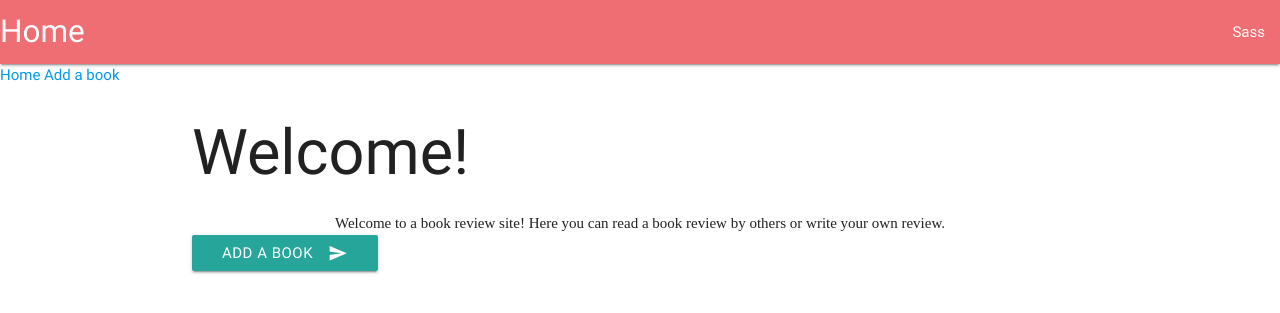
Repository: h8130084/bookReview
Page: http://localhost/
The author's editor kept a record of every edit. The page is drawn from the files as they stood at one moment, then again after the next edit.
The browser window is 1280 px wide. The pictures show the whole page.
Some web libraries are served in a nearby version. The page is served by the project's application, run on Flask 3 (app.py). Queries for data that is not in the repository find no rows.

Above is the page before.
Console error: ReferenceError: M is not defined

### templates/books.html
{% extends 'base.html' %} {% block content %}

<div class="wrapper">
    <h1> Welcome!</h1>
    <div class="sub-heading" "row"> Welcome to a book review site! Here you can read a book review by others or write your own review.</div>



    {% for book in books%}

    <div class="collection">
        <a href="{{url_for( 'book_info', book_id=book._id)}} " class="collection-item"> {{book.Title}}</a>
    </div>

    {% endfor %}



    <div class="row" "addBookButton">
        <form action="{{url_for('add_book')}}" class="col s12">
            <button class="btn waves-effect waves-light" type="submit" name="action">add a book
                <i class="material-icons right">send</i>
            </button>
        </form>
    </div>

</div>
</div>

{% endblock %}

### templates/base.html
<!DOCTYPE html>
<html lang="en">

<head>
    <meta charset="UTF-8">
    <meta name="viewport" content="width=device-width, initial-scale=1.0">
    <meta http-equiv="X-UA-Compatible" content="ie=edge">

<!-- taken from google fonts, materilaize and cdnjs -->
    <link href="https://fonts.googleapis.com/icon?family=Material+Icons" rel="stylesheet">
    <link href="https://fonts.googleapis.com/css?family=Raleway&display=swap" rel="stylesheet">
    <link rel="stylesheet" href="https://cdnjs.cloudflare.com/ajax/libs/materialize/0.100.2/css/materialize.min.css">
    <link rel="stylesheet" href="{{url_for('static', filename='style.css')}}" type="text/css" />

    <title>Document</title>
</head>

<body>
    <header>
         <nav>
    <div class="nav-wrapper">
      <a href="{{url_for('get_books')}}" class="brand-logo">Home</a>
      <ul id="nav-mobile" class="right hide-on-med-and-down">
        <li><a href="{{url_for('add_book')}}">Sass</a></li>
      </ul>
    </div>
  </nav>
		<div id="navbar" class="col s12">
			<a href="{{url_for('get_books')}}">Home</a>
			<a href="{{url_for('add_book')}}">Add a book</a>
		</div>
    </header>


    <div class="container">
        {% block content %} {% endblock %}

        <script src="https://cdnjs.cloudflare.com/ajax/libs/jquery/3.2.1/jquery.min.js"></script>
        <script src="https://cdnjs.cloudflare.com/ajax/libs/materialize/0.100.2/js/materialize.min.js"></script>
        <script type="text/javascript">
            $(document).ready(function() {
                $('.tabs').tabs();
                $('#Review').val('New Text');
                M.textareaAutoResize($('#Review'));

            });

        </script>
    </div>
</body>


</html>

### app.py
import os
from flask import Flask, render_template, redirect, request, url_for
from flask_pymongo import PyMongo
from bson.objectid import ObjectId
import env

app = Flask(__name__)

app.config["MONGO_DBNAME"] = 'book_review'
app.config["MONGO_URI"] = env.MONGO_URI


mongo = PyMongo(app)

@app.route('/')
@app.route('/ get_books')
def get_books():
     return render_template("books.html", books=mongo.db.book_details.find())

@app.route('/edit_book/<book_id>')
def edit_book(book_id):
    the_book = mongo.db.book_details.find_one({"_id": ObjectId(book_id)})
    all_categories = mongo.db.categories.find()
    return render_template('editbook.html', book=the_book, categories=all_categories)

@app.route('/update_book/<book_id>', methods=["POST"])
def update_book(book_id):
    books = mongo.db.book_details
    books.update( {'_id': ObjectId(book_id)},
    {
        'Title': request.form.get('Title'),
        'Author': request.form.get('Author'),
        'Genre': request.form.get('Genre'),
        'Year': request.form.get('Year'),
        'Image_URL': request.form.get('Image_URL'),
        'Amazon': request.form.get('Amazon'),
        'Review': request.form.get('Review')
    })
    return redirect(url_for('get_books'))

#book details page
@app.route('/book_info/<book_id>')
def book_info(book_id):
    the_book = mongo.db.book_details.find_one({"_id": ObjectId(book_id)})
    all_categories = mongo.db.categories.find()
    return render_template('bookdetails.html', book=the_book, categories=all_categories)

# displays add books page
@app.route('/add_book')
def add_book():
    return render_template('addbook.html')

#  takes the details from the form and adds the book to the database, then redirects to home page
@app.route('/insert_book', methods=['POST'])
def insert_book():

    new_book = {
        'Title': request.form.get('Title'),
        'Author': request.form.get('Author'),
        'Genre': request.form.get('Genre'),
        'Year': request.form.get('Year'),
        'Image_URL': request.form.get('Image_URL'),
        'Amazon': request.form.get('Amazon'),
        'Review': request.form.get('Review'),
        'upvotes': 0,
    }

    books = mongo.db.book_details
    books.insert_one(new_book)
    # ----- get books should be home page to display that the book just added is present
    return redirect(url_for('get_books'))

# delete the book
@app.route('/delete_book/<book_id>')
def delete_book(book_id):
    mongo.db.book_details.remove({'_id': ObjectId(book_id)})
    return redirect(url_for('get_books'))


if __name__ == '__main__':
    app.run(host=os.environ.get('IP'),
    port=int(os.environ.get('PORT')),
    debug=True)

### static/style.css
@import url('https://fonts.googleapis.com/css?family=Raleway&display=swap" rel="stylesheet: 100,200,300,400,500,600,700');

/*body{*/
/*    background-color: green;*/
/*}*/

/* Nav bar */

/* Style the navbar */

.sub-heading {
  font-family: Indie Flower, cursive;
  text-align: center;
}

After the next edit:
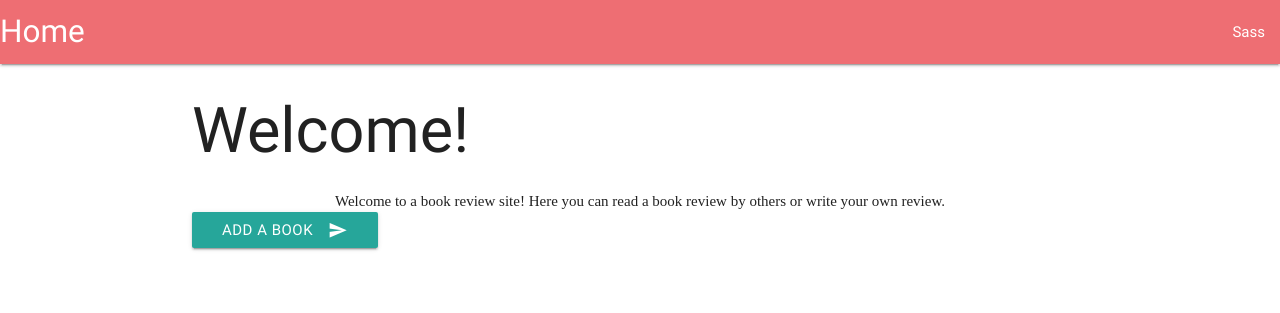
The edit:
--- a/templates/base.html
+++ b/templates/base.html
@@ -25,10 +25,7 @@
       </ul>
     </div>
   </nav>
-		<div id="navbar" class="col s12">
-			<a href="{{url_for('get_books')}}">Home</a>
-			<a href="{{url_for('add_book')}}">Add a book</a>
-		</div>
+
     </header>
 
 
